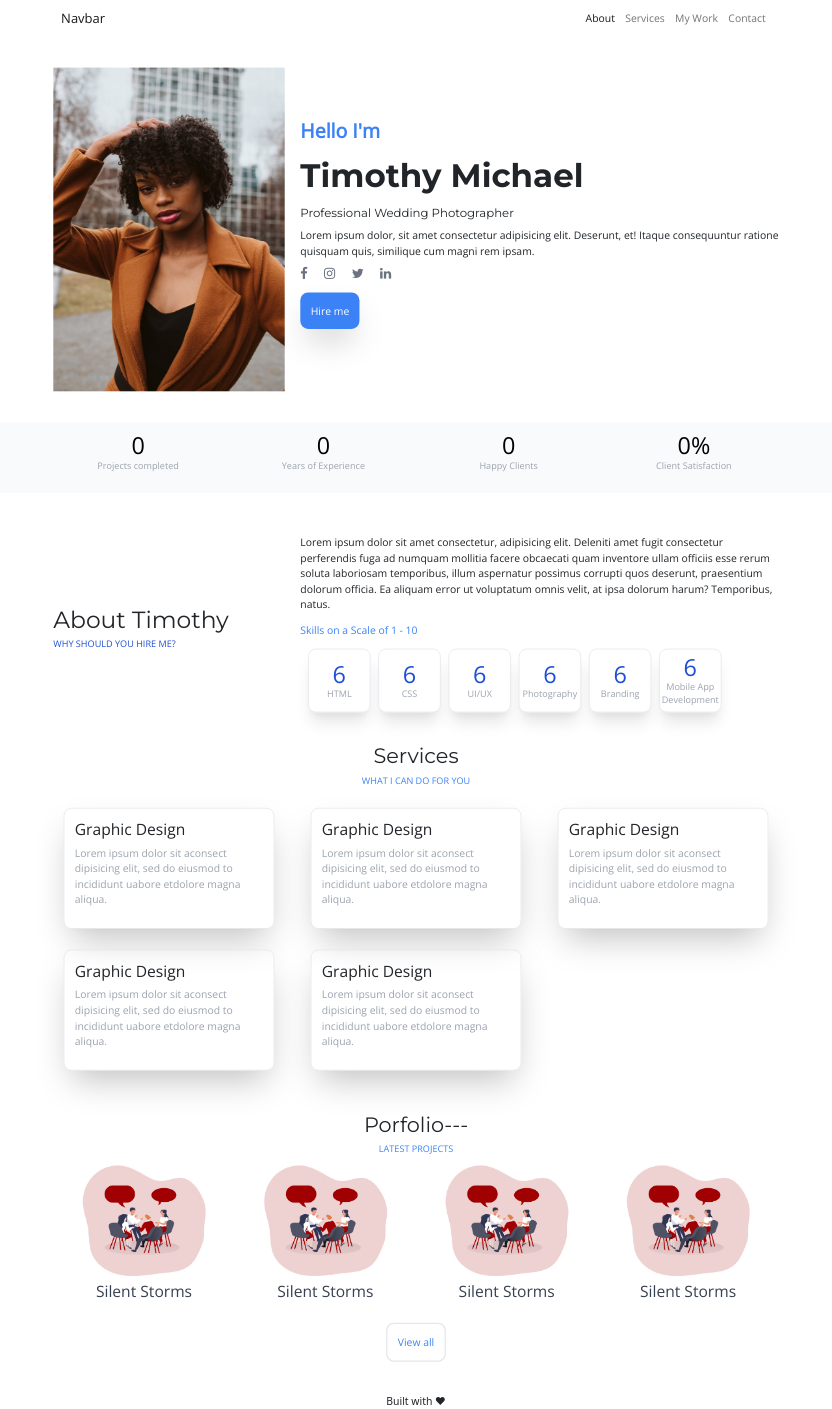
Repository: latenightsnacc/giggles
Page: HTML/freelancer.html
These files come from the project's save history. The page is drawn as it stood at one moment and after the next save; the edit follows.
The browser window is 1280 px wide. The pictures show the whole page, at 65% of full size.
Some web libraries are served in a nearby version.

Above is the page before, as saved 2021-01-03 17:44:12.

After the next save:
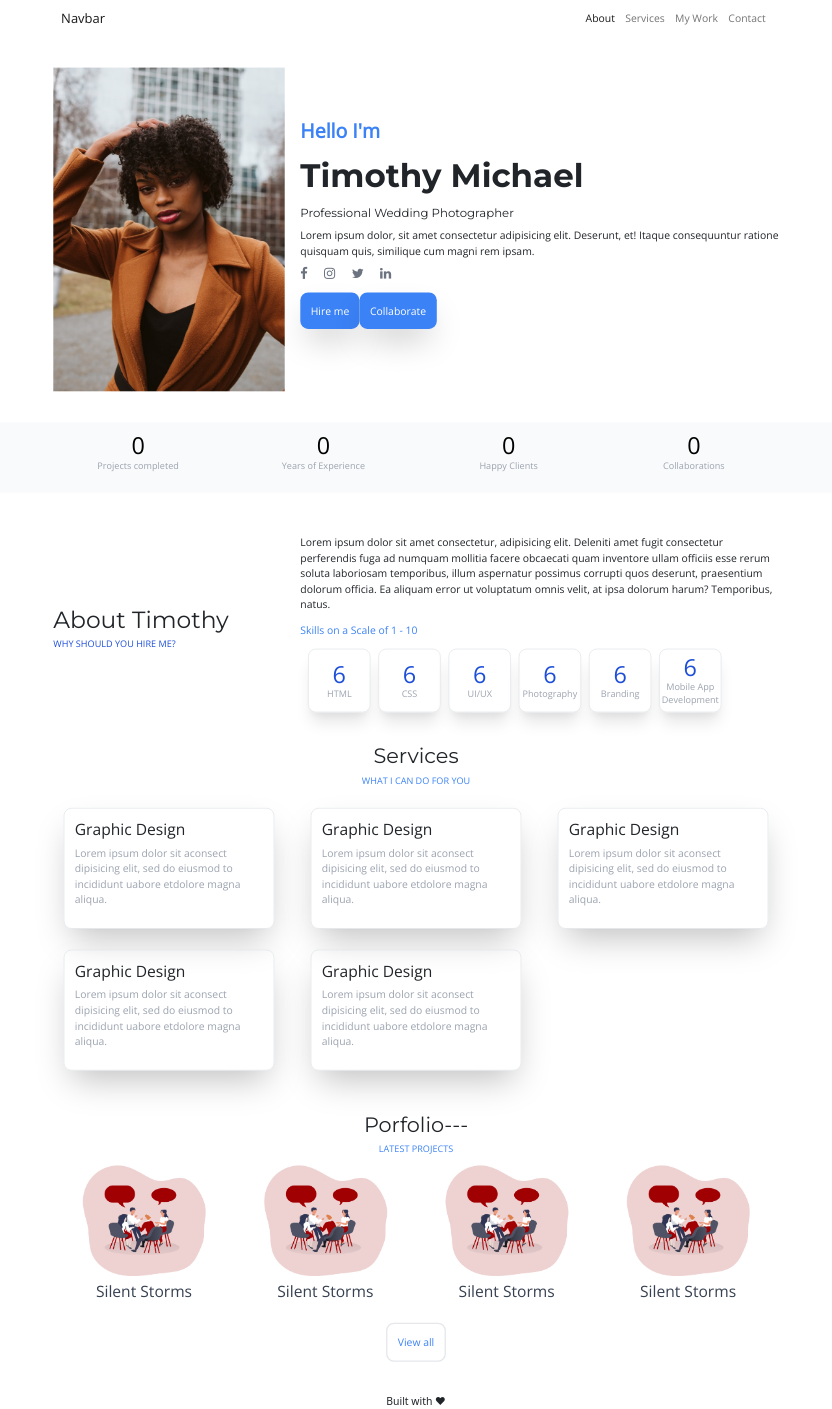
Saved 10 min 42 s later.
--- a/HTML/freelancer.html
+++ b/HTML/freelancer.html
@@ -73,7 +73,11 @@
                                 <i class="fa fa-linkedin"></i>
                             </a>
                         </div>
-                        <button class="bg-blue-500 hover:bg-blue-700 text-white p-3 semi-bold rounded-xl shadow-2xl my-3">Hire me</button>
+                        <div class="flex flex-row">
+                            <button class="bg-blue-500 hover:bg-blue-700 text-white p-3 semi-bold rounded-xl shadow-2xl my-3">Hire me</button>
+                            <button class="bg-blue-500 hover:bg-blue-700 text-white p-3 semi-bold rounded-xl shadow-2xl my-3">Collaborate</button>
+                        </div>
+
                     </div>
                 </div>
             </div>
@@ -96,8 +100,8 @@
                         <p class="text-sm text-gray-400">Happy Clients</p>
                     </div>
                     <div class="stat-box col text-center">
-                        <div class="bold text-4xl text-black">0%</div>
-                        <p class="text-sm text-gray-400">Client Satisfaction</p>
+                        <div class="bold text-4xl text-black">0</div>
+                        <p class="text-sm text-gray-400">Collaborations</p>
                     </div>
                 </div>
             </div>
